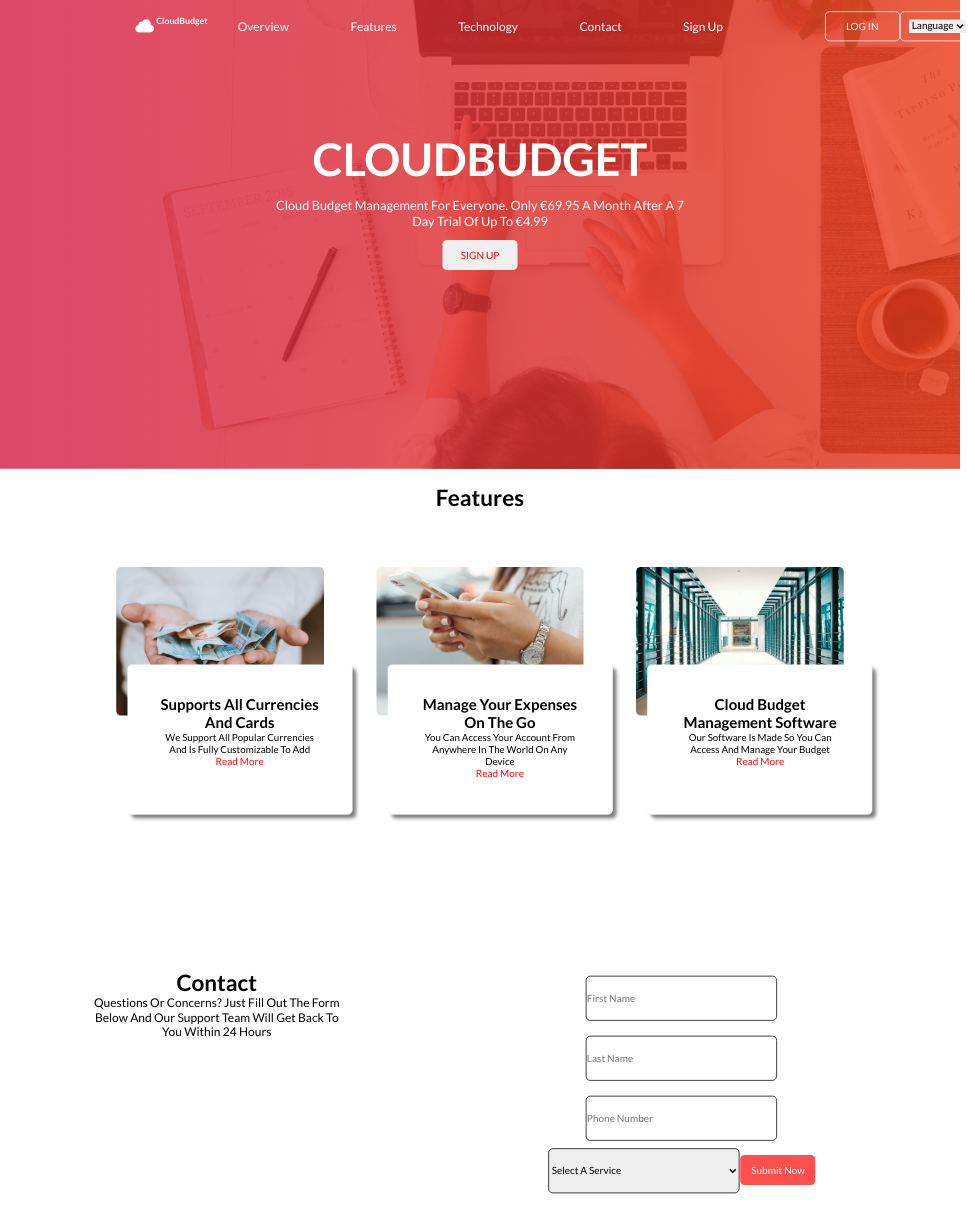
Repository: havvanurrana/website3
Page: index.html
The author's editor kept a copy of each file at every save. The page is drawn from the files as they stood at one save, then again after the next save.
The browser window is 1280 px wide. The page is 1300 px wide, then 1280 px, so the pictures cover 1300 px, including what lies to the right of the window. The pictures show the whole page, at 75% of full size.

Above is the page before, as saved 2024-07-30 20:37:52.
Console error: TypeError: Cannot read properties of null (reading 'addEventListener')

After the next save:
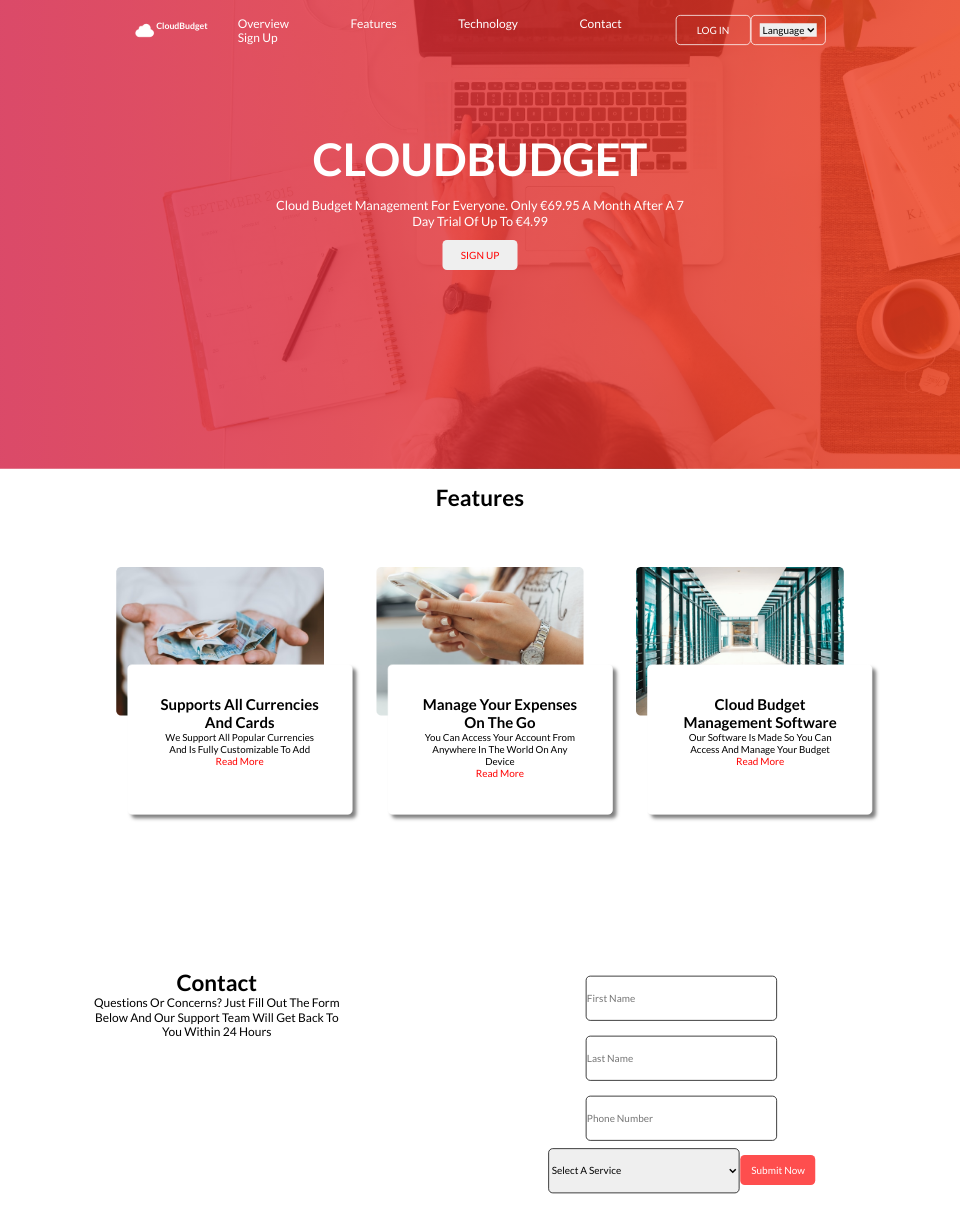
Saved 51 s later.
--- a/style.css
+++ b/style.css
@@ -54,10 +54,10 @@ h1{
 }
  .header-menu .buttons{
    padding-left: 10px;
-   left: 1000px;;
+  /* left: 1000px;*/
    display: flex;
    justify-content: flex-end;
-   position: absolute;
+ /*  position: absolute;*/
 }
 .overview-section{
    min-height: 100vh;
